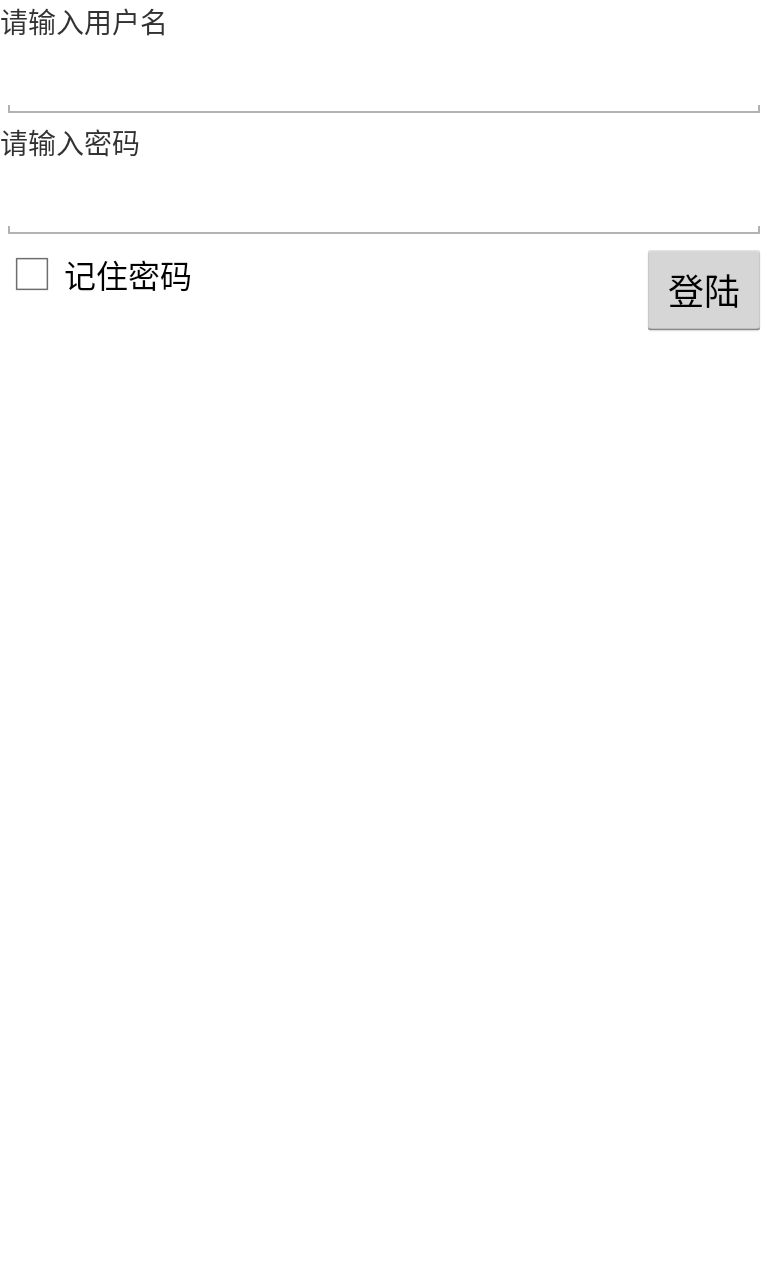
Repository: qq839924354/day01
Layout: day02/code/Login/res/layout/activity_main.xml
An editor plug-in stored every save of this project. The layout is shown before and after the next save, followed by the edit.
It is drawn on a 768 x 1280 px phone screen (xhdpi) without system bars, with theme AppTheme; the app's code is not run.

Above is the layout before, as saved 2013-03-01 02:38:37.

### day02/code/Login/res/layout/activity_main.xml
<LinearLayout xmlns:android="http://schemas.android.com/apk/res/android"
    xmlns:tools="http://schemas.android.com/tools"
    android:layout_width="match_parent"
    android:layout_height="match_parent"
    android:orientation="vertical"
    tools:context=".MainActivity" >

    <TextView
        android:layout_width="wrap_content"
        android:layout_height="wrap_content"
        android:text="@string/input_name" />

    <EditText
        android:id="@+id/et_name"
        android:layout_width="fill_parent"
        android:layout_height="wrap_content"
        android:inputType="text" />

    <TextView
        android:layout_width="wrap_content"
        android:layout_height="wrap_content"
        android:text="@string/input_password" />

    <EditText
        android:id="@+id/et_password"
        android:layout_width="fill_parent"
        android:layout_height="wrap_content"
        android:inputType="textPassword" />

    <RelativeLayout
        android:layout_width="fill_parent"
        android:layout_height="wrap_content" >

        <CheckBox
            android:id="@+id/cb_remember"
            android:layout_width="wrap_content"
            android:layout_height="wrap_content"
            android:text="@string/remember_pwd" />

        <Button
            android:onClick="login"
            android:layout_alignParentRight="true"
            android:layout_width="wrap_content"
            android:layout_height="wrap_content"
            android:text="@string/login" />
    </RelativeLayout>

</LinearLayout>

### day02/code/Login/res/values/strings.xml
<?xml version="1.0" encoding="utf-8"?>
<resources>

    <string name="app_name">Login</string>
    <string name="hello_world">Hello world!</string>
    <string name="menu_settings">Settings</string>
    <string name="input_name">请输入用户名</string>
    <string name="input_password">请输入密码</string>
    <string name="remember_pwd">记住密码</string>
    <string name="login">登陆</string>
    <string name="error_msg">用户名密码不能为空</string>

</resources>

Loaded but not shown: day02/code/Login/res/values/styles.xml (common file); day02/code/Login/res/values-v11/styles.xml (common file); day02/code/Login/res/values-v14/styles.xml (common file)

After the next save:
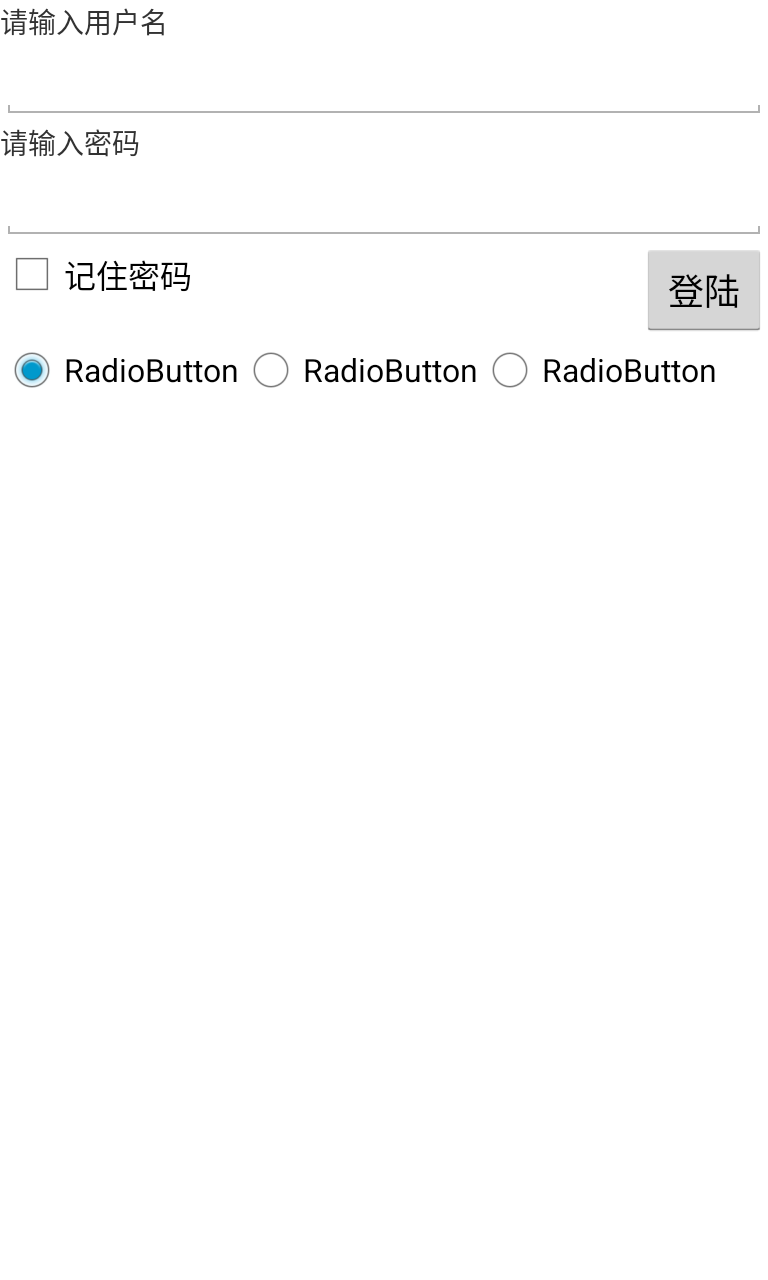
Saved 83 s later.
--- a/day02/code/Login/res/layout/activity_main.xml
+++ b/day02/code/Login/res/layout/activity_main.xml
@@ -45,4 +45,30 @@
             android:text="@string/login" />
     </RelativeLayout>
 
+    <RadioGroup
+        android:id="@+id/radioGroup1"
+        android:orientation="horizontal"
+        android:layout_width="wrap_content"
+        android:layout_height="wrap_content" >
+
+        <RadioButton
+            android:id="@+id/radio0"
+            android:layout_width="wrap_content"
+            android:layout_height="wrap_content"
+            android:checked="true"
+            android:text="RadioButton" />
+
+        <RadioButton
+            android:id="@+id/radio1"
+            android:layout_width="wrap_content"
+            android:layout_height="wrap_content"
+            android:text="RadioButton" />
+
+        <RadioButton
+            android:id="@+id/radio2"
+            android:layout_width="wrap_content"
+            android:layout_height="wrap_content"
+            android:text="RadioButton" />
+    </RadioGroup>
+
 </LinearLayout>
